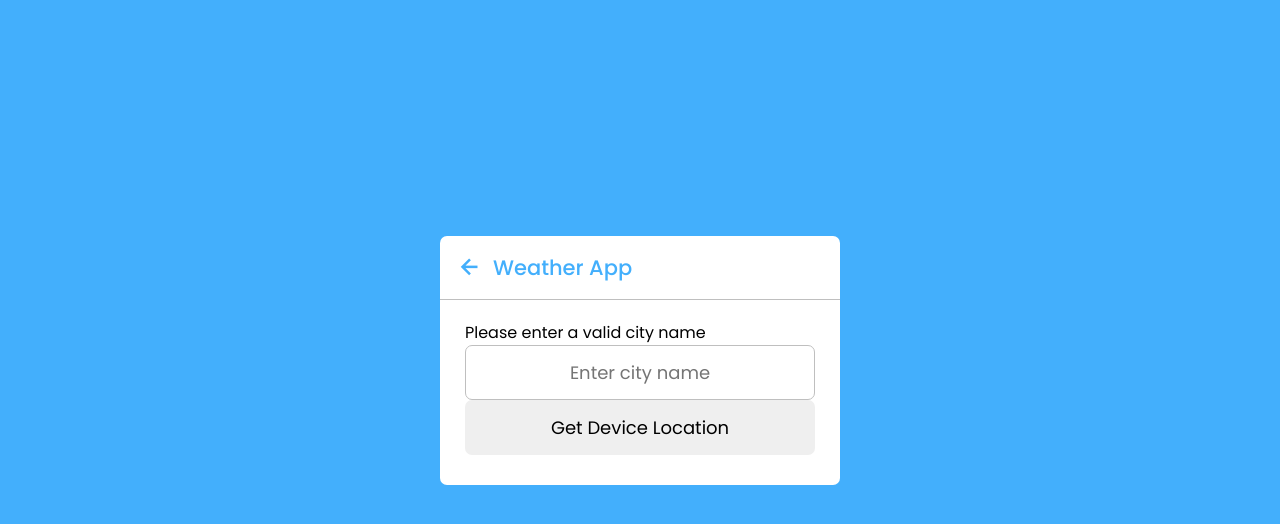
Repository: long13820/Weather-App-HTML-CSS-Javascript
Page: index.html
These files come from the project's save history. The page is drawn as it stood at one moment and after a run of saves; the edit follows.
The browser window is 1280 px wide. The pictures show the whole page.

Above is the page before, as saved 2021-09-02 01:01:29.

### index.html
<!DOCTYPE html>
<html lang="en">
<head>
    <meta charset="UTF-8">
    <meta http-equiv="X-UA-Compatible" content="IE=edge">
    <meta name="viewport" content="width=device-width, initial-scale=1.0">
    <title>Weather App</title>
    <link rel="stylesheet" href="style.css">

    <!--Linking Boxicon For Icon-->
    <link rel="stylesheet" href='https://unpkg.com/boxicons@2.0.9/css/boxicons.min.css' >


</head>
<body>
    <div class="wrapper">
        <header>
            <i class="bx bx-left-arrow-alt"></i>
            Weather App
        </header>
        <section class="input-part">
            <p class="info-txt">Please enter a valid city name</p>
            <input type="text" placeholder="Enter city name" spellcheck="false">
            <div class="separator"></div>
            <button>Get Device Location</button>
        </section>
    </div>
</body>
</html>

### style.css
/*Import Google Font - Poppins*/
@import url('https://fonts.googleapis.com/css2?family=Poppins:wght@400;500;600;700&display=swap');
*{
    margin: 0;
    padding: 0;
    box-sizing: border-box;
    font-family: 'Poppins', sans-serif;
}
body{
    display: flex;
    align-items: center;
    justify-content: center;
    min-height: 100vh;
    background: #43AFFC;
}
.wrapper{
    width: 400px;
    border-radius: 7px;
    background: white;
}
.wrapper header{
    color: #43AFFC;
    font-size: 21px;
    font-weight: 500;
    padding: 16px 15px;
    display: flex;
    align-items: center;
    border-bottom: 1px solid #bfbfbf;

}
header i{
    cursor: pointer;
    font-size: 30px;
    margin-right: 8px;
}
.wrapper .input-part{
    margin: 20px 25px 30px;
}
.input-part :where(input, button){
    width: 100%;
    height: 55px;
    border: none;
    outline: none;
    font-size: 18px;
    border-radius: 7px;
}
.input-part input{
    text-align: center;
    border: 1px solid #bfbfbf;
}
.input-part

After the next 9 saves:
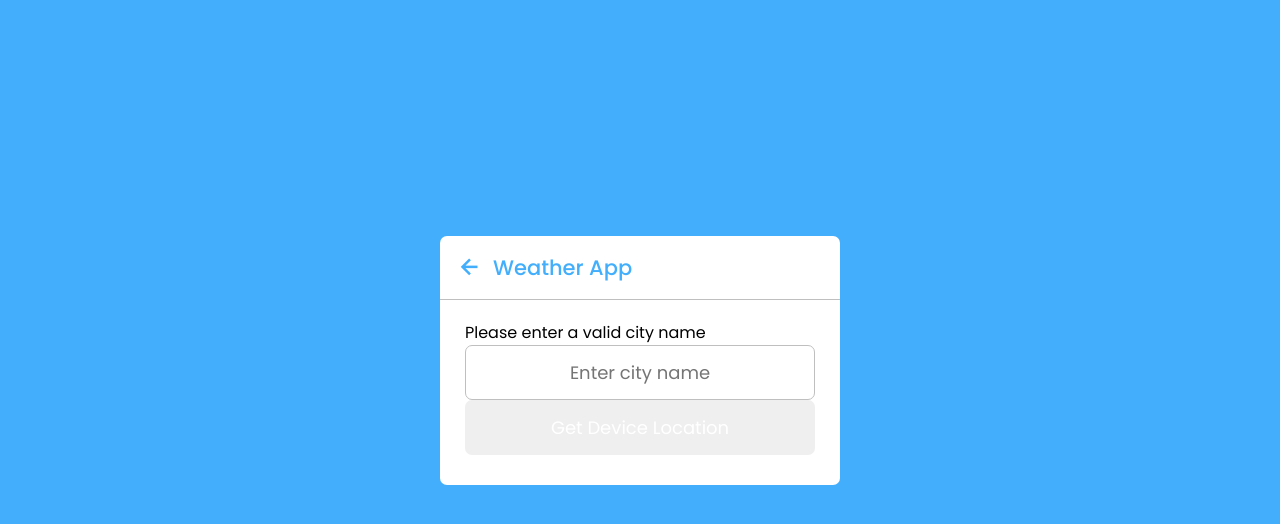
The 9 saves are shown as one change because they came seconds apart.
The last was saved 22 s later.
--- a/style.css
+++ b/style.css
@@ -48,4 +48,8 @@ header i{
     text-align: center;
     border: 1px solid #bfbfbf;
 }
-.input-part
+.input-part button{
+    color: white;
+    cursor: pointer
+    ;
+}
